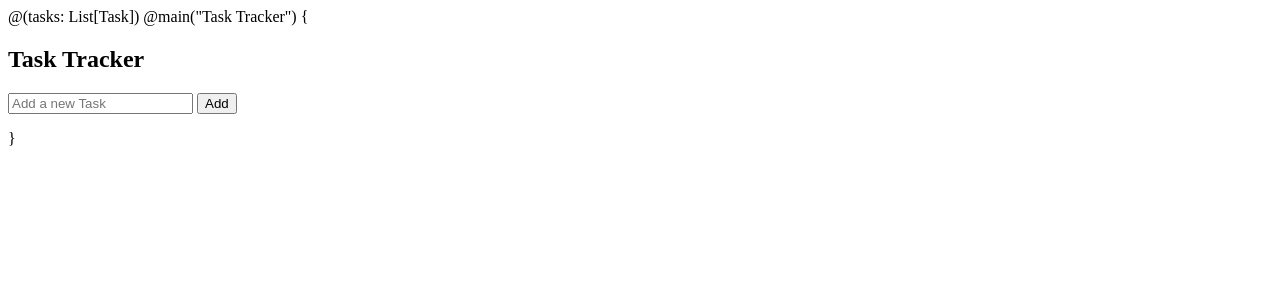
Repository: JohnSchoolProjects/LearningPlay
Page: Samples/Chapter1/SampleApp/just-play-scala/app/views/index.scala.html
The author's editor kept a copy of each file at every save. The page is drawn from the files as they stood at one save, then again after the next save.
The browser window is 1280 px wide. The pictures show the whole page.

Above is the page before, as saved 2016-04-30 19:47:44.

### Samples/Chapter1/SampleApp/just-play-scala/app/views/index.scala.html
@(tasks: List[Task])

@main("Task Tracker") {

	<h2>Task Tracker</h2>

	<div>
		<form>
			<input type="text" name="taskName" placeholder = "Add a new Task" required>
			<input type="submit" value="Add">
		</form>

	</div>
}

After the next save:
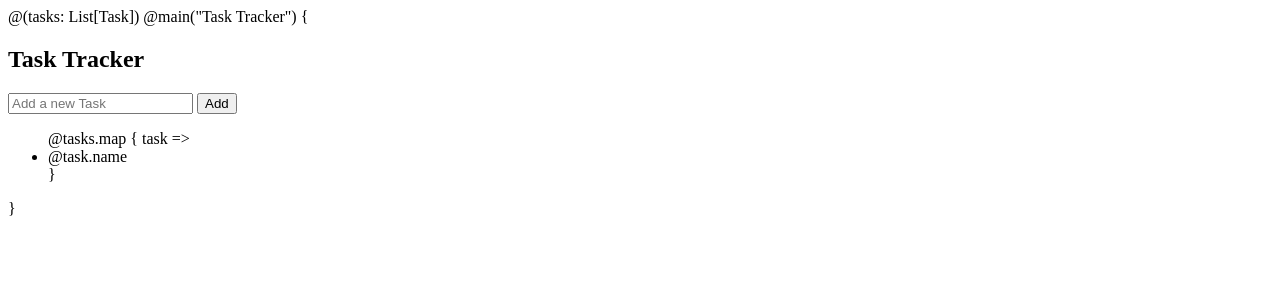
Saved 2 min 10 s later.
--- a/Samples/Chapter1/SampleApp/just-play-scala/app/views/index.scala.html
+++ b/Samples/Chapter1/SampleApp/just-play-scala/app/views/index.scala.html
@@ -5,10 +5,20 @@
 	<h2>Task Tracker</h2>
 
 	<div>
-		<form>
+		<form action = "@routes.TaskController.newTask()" method = "post">
 			<input type="text" name="taskName" placeholder = "Add a new Task" required>
 			<input type="submit" value="Add">
 		</form>
 
+		<div>
+			<ul>
+				@tasks.map { task =>
+					<li>
+						@task.name
+					</li>
+				}
+			</ul>
+		</div>
+
 	</div>
 }
